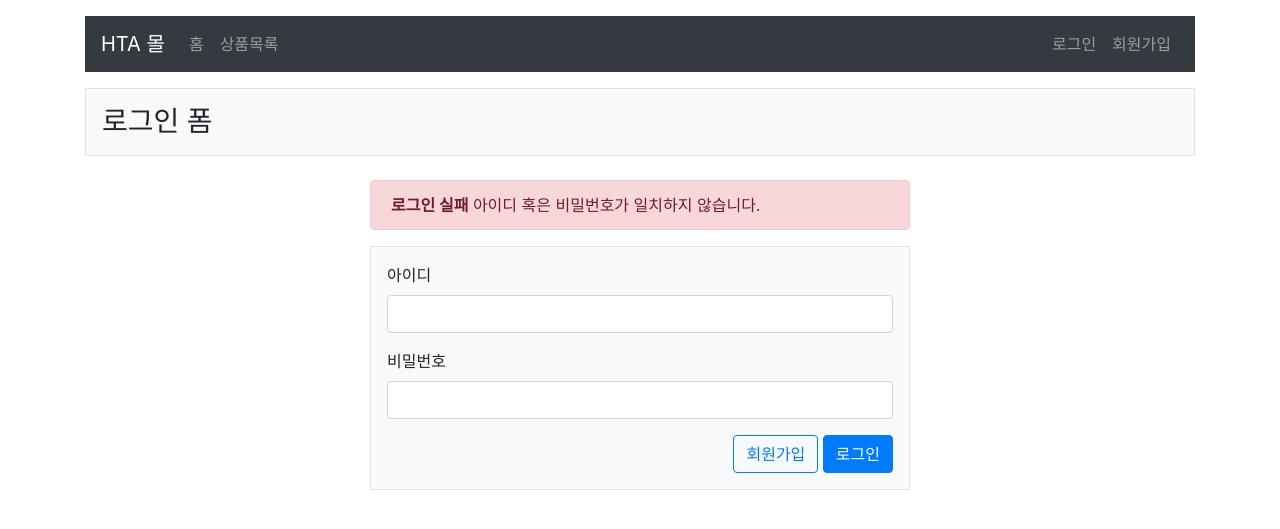
Repository: onuo77/ja_HTA
Page: http://localhost/sample-mybatis/user/loginform.jsp
These files come from the project's save history. The page is drawn as it stood at one moment and after a run of saves; the edit follows.
The browser window is 1280 px wide. The pictures show the whole page.
The page is served by Tomcat 9.

Above is the page before, as saved 2021-05-28 03:51:13.

After the next 2 saves:
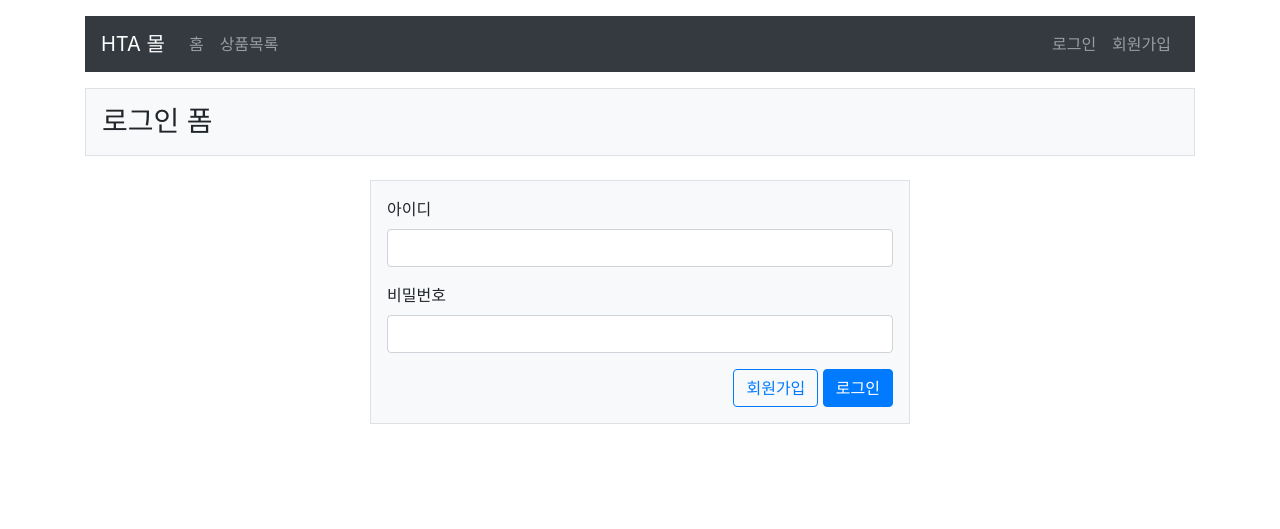
The 2 saves are shown as one change because 1 did not build or start.
The last was saved 53 s later.
--- a/java-web/sample-mybatis/src/main/webapp/user/loginform.jsp
+++ b/java-web/sample-mybatis/src/main/webapp/user/loginform.jsp
@@ -44,13 +44,16 @@
 				</div>
 			</div>
 		<%
-			}
+			} else if("invalid".equals(failMessage)){
 		%>
 			<div class="col-6 offset-3">
 				<div class="alert alert-danger">
 					<strong>로그인 실패</strong> 아이디 혹은 비밀번호가 일치하지 않습니다.
 				</div>
 			</div>
+		<%
+			}
+		%>
 			<div class="col-6 offset-3">
 				<form method="post" action="login.jsp" class="border p-3 bg-light">
 					<div class="form-group">
